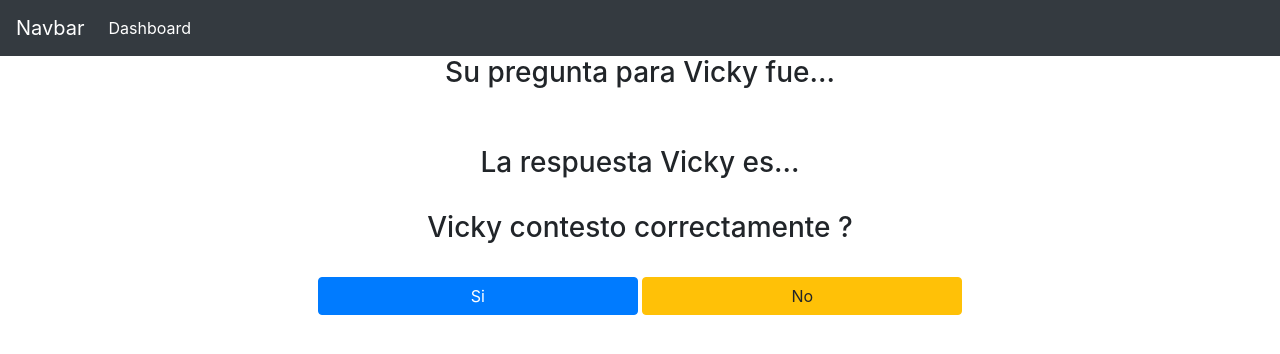
Repository: Crixtiancub/feedback_Vicky
Page: vicky/templates/respuesta_Vicky.html
An editor plug-in stored every save of this project. The page is shown before and after the next save, followed by the edit.
The browser window is 1280 px wide. The pictures show the whole page.
The page is served by the project's application, run on Django 3.2 (manage.py). The template is opened directly, without the code that normally fills it, so the values that code supplies are empty.

Above is the page before, as saved 2021-04-29 16:52:09.

After the next save:
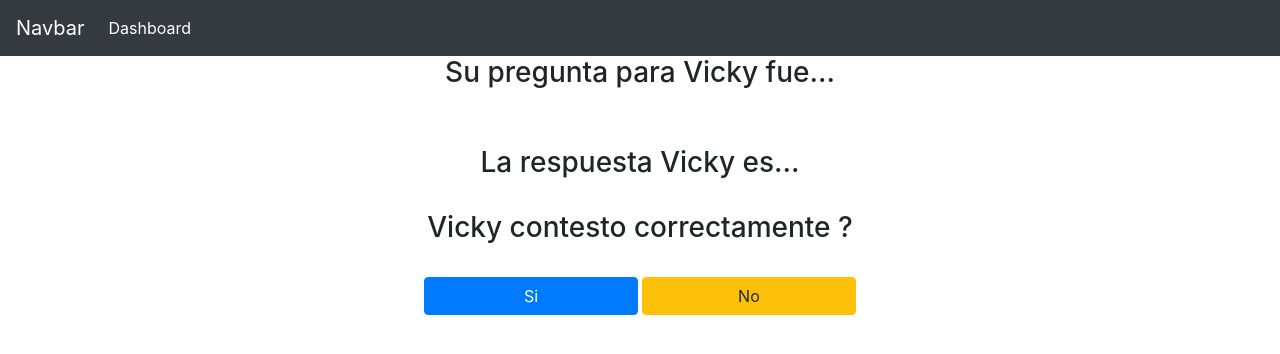
Saved 5 min 51 s later.
--- a/vicky/templates/respuesta_Vicky.html
+++ b/vicky/templates/respuesta_Vicky.html
@@ -16,8 +16,8 @@
         <h3>Vicky contesto correctamente ?</h3>
         <br>
 
-        <input type="submit" class="col-sm-3 btn btn-primary" value="Si">
-        <input type="submit" class="col-sm-3 btn btn-warning" value="No">
+        <input type="submit" class="col-sm-2 btn btn-primary" value="Si">
+        <input type="submit" class="col-sm-2 btn btn-warning" value="No">
     </form>
 
 </center>
